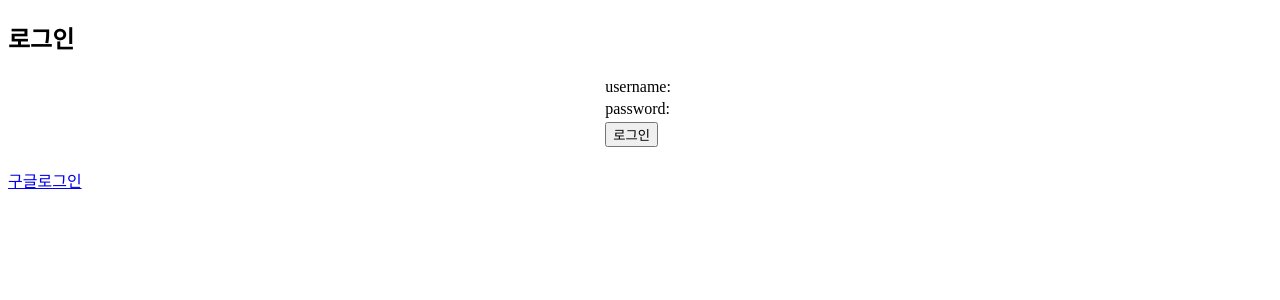
Repository: younsook/507_workspace_sts4
Page: SpringBootSecurityJWTOAuth2/src/main/resources/static/login.html
These files come from the project's save history. The page is drawn as it stood at one moment and after the next save; the edit follows.
The browser window is 1280 px wide. The pictures show the whole page.

Above is the page before, as saved 2025-08-22 05:32:03.

After the next save:
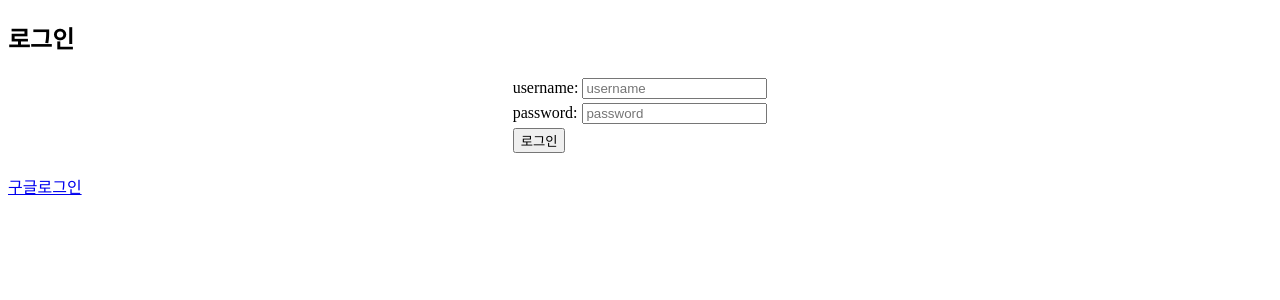
Saved 66 s later.
--- a/SpringBootSecurityJWTOAuth2/src/main/resources/static/login.html
+++ b/SpringBootSecurityJWTOAuth2/src/main/resources/static/login.html
@@ -8,8 +8,8 @@
 <h2>로그인</h2>
  <form action="/login" method="POST">
 	 <table align="center">
-		 <tr><td>username:</td><td><inputtype="text"name="username" placeholder="username" /></td></tr>
-		 <tr><td>password:</td><td><inputtype="password" name="password"placeholder="password" /></td></tr>
+		 <tr><td>username:</td><td><input type="text" name="username" placeholder="username" /></td></tr>
+		 <tr><td>password:</td><td><input type="password" name="password" placeholder="password" /></td></tr>
 		 <tr><td colspan="2"><input type="submit" value="로그인" /></td></tr>
 	 </table>
  </form>
